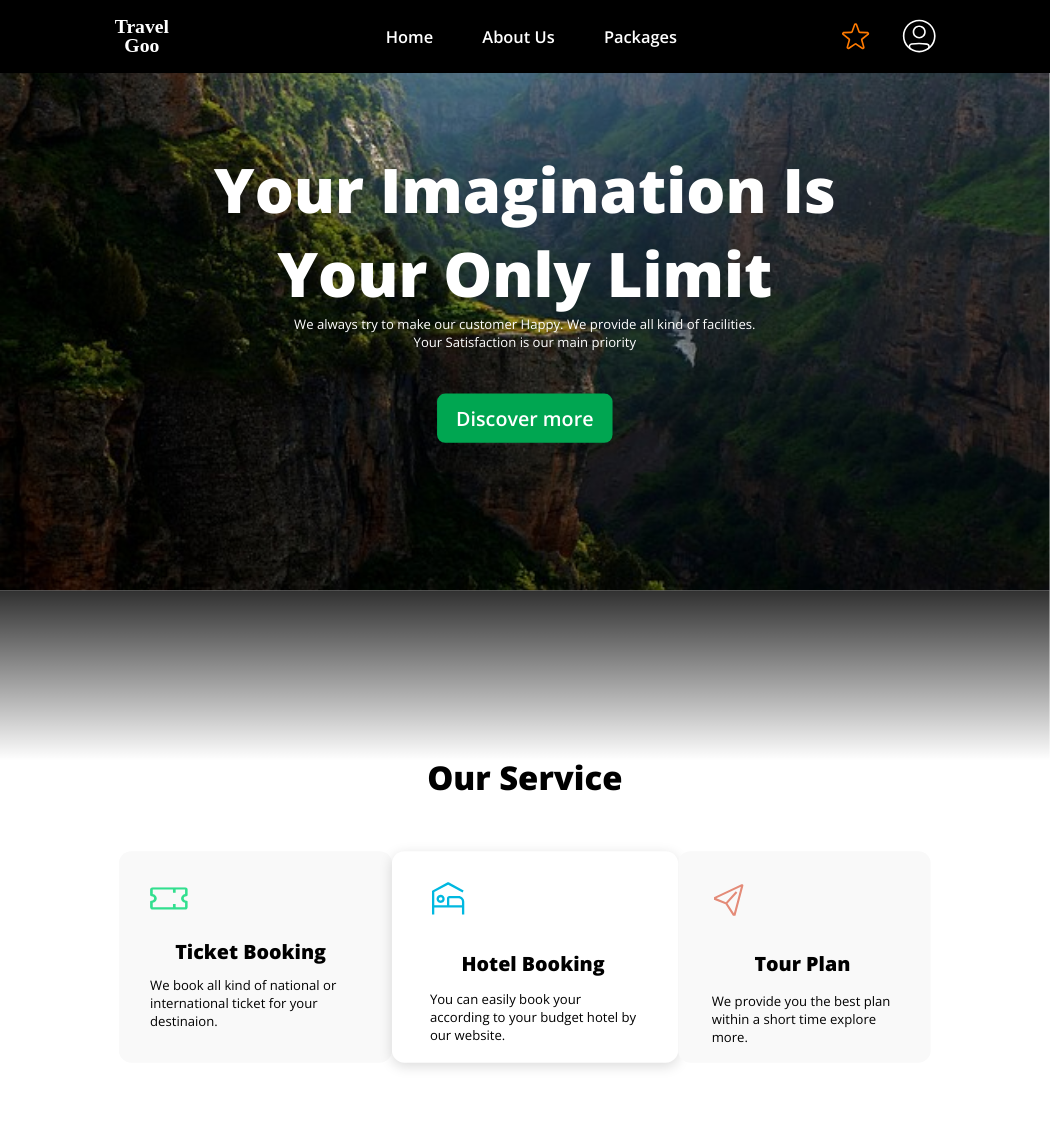
Repository: simralgasimov/back-project
Page: index.html
An editor plug-in stored every save of this project. The page is shown before and after the next save, followed by the edit.
The browser window is 1280 px wide. The pictures show the whole page, at 82% of full size.
Some web fonts or font styles are not loaded; a fallback is used.

Above is the page before, as saved 2023-09-27 13:46:51.

After the next save:
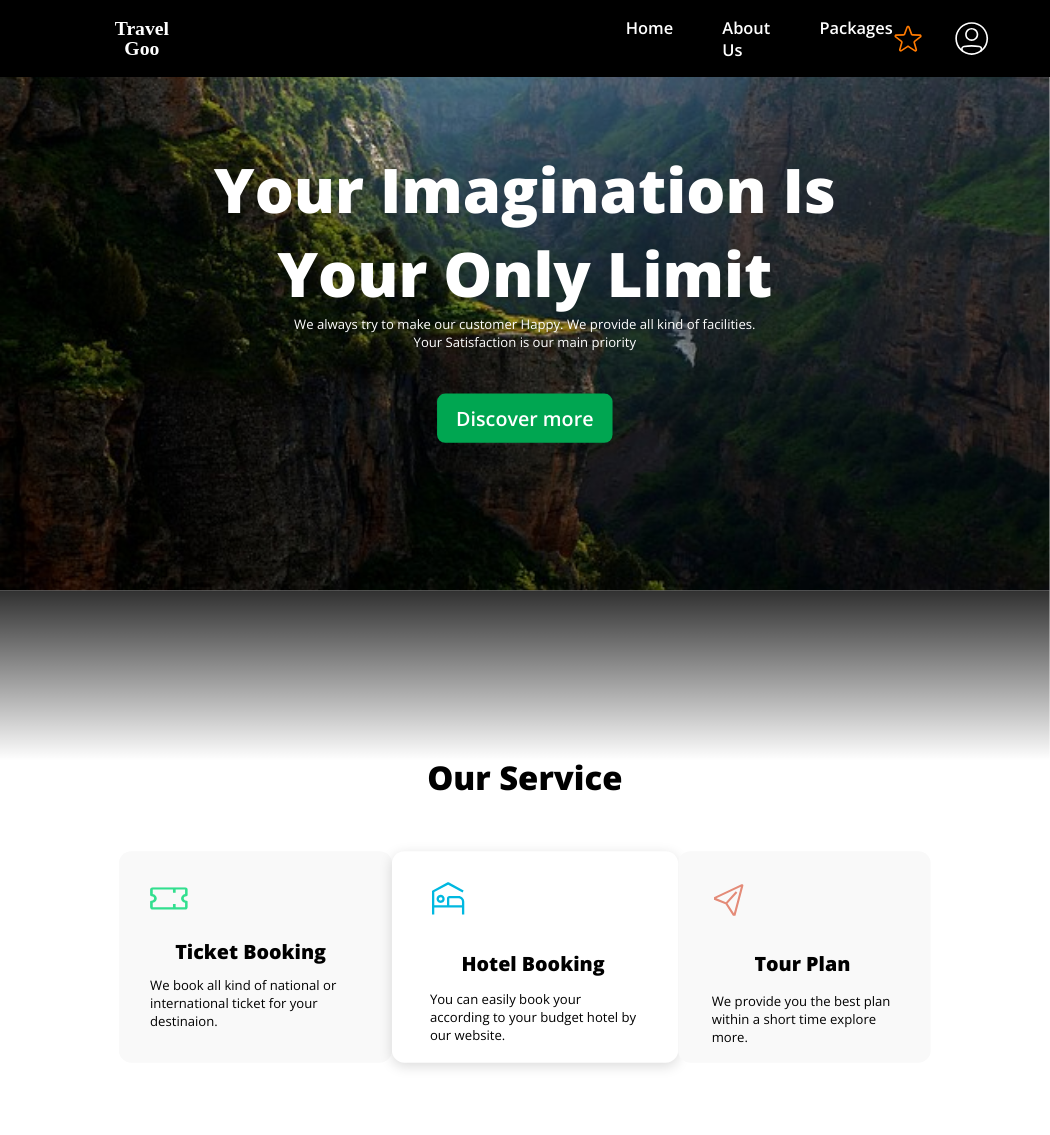
Saved 14 s later.
--- a/index.html
+++ b/index.html
@@ -15,6 +15,9 @@
               Travel
               <div>Goo</div>
             </div>
+            <p>
+
+            </p>
           </a>
 
           <div class="menu">
